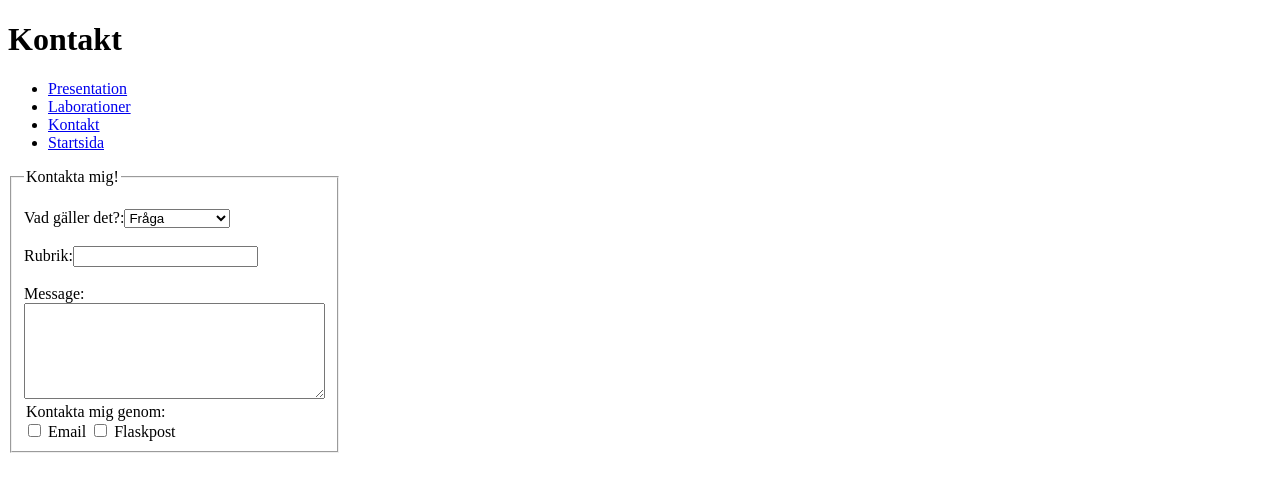
Repository: ac222jv/1IK415-Laborationer
Page: Pages/Kontakt.html
The author's editor kept a record of every edit. The page is drawn from the files as they stood at one moment, then again after the next edit.
The browser window is 1280 px wide. The pictures show the whole page.

Above is the page before.

### Pages/Kontakt.html
<!DOCTYPE html>
<html>

    <head>
          <meta charset="utf-8">

        <title>Kontakt</title>

    </head>

    <h1>Kontakt</h1>

    <body>

        <ul>

     <li>
    <a href="Presentation.html"> Presentation </a>
    </li>

    <li>
    <a href="Laborationer.html"> Laborationer </a>
    </li>

    <li>
    <a href="Kontakt.html"> Kontakt </a>
    </li>


     <li>
    <a href="../index.html"> Startsida </a>
    </li>

    </ul>

<form action="http://voyager.lnu.se/tekinet/kurser/dtt/wp_webbintro/form.php" method="post">

<fieldset style="width: 300px":"height:400px">
<legend>Kontakta mig!</legend>

<br> Vad gäller det?:<select name="Vad gäller det?:">
<option value="Question">Fråga</option>
<option value="crap">Vad som helst</option>
</select> </br>

<br>Rubrik:<input type="Text" name="Title:"> </br>

<br>Message:</br>
<textarea rows="6" cols="35"></textarea>


<legend>Kontakta mig genom:</legend>

<input type="checkbox" name="EmailButton"  value="Email" />
<label for="Email">Email</label>

<input type="checkbox" name="Flaskpost"  value="Flaskpost" />
<label for="Flaskpostr">Flaskpost</label>




</fieldset>

  </form>

    </body>



</html>

After the next edit:
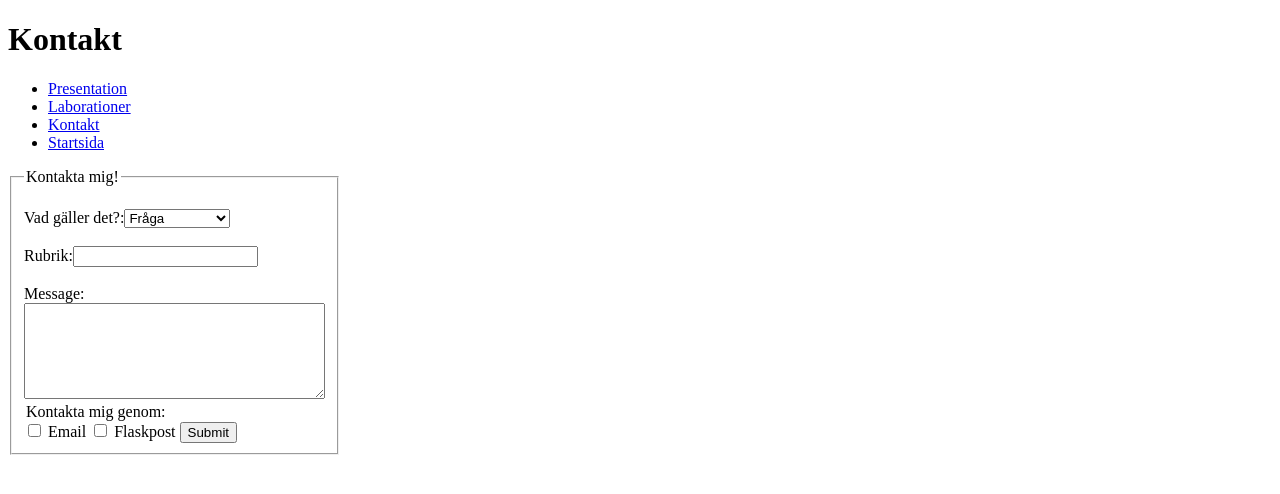
The edit:
--- a/Pages/Kontakt.html
+++ b/Pages/Kontakt.html
@@ -57,7 +57,7 @@
 <input type="checkbox" name="Flaskpost"  value="Flaskpost" />
 <label for="Flaskpostr">Flaskpost</label>
 
-
+<input type="submit">
 
 
 </fieldset>
